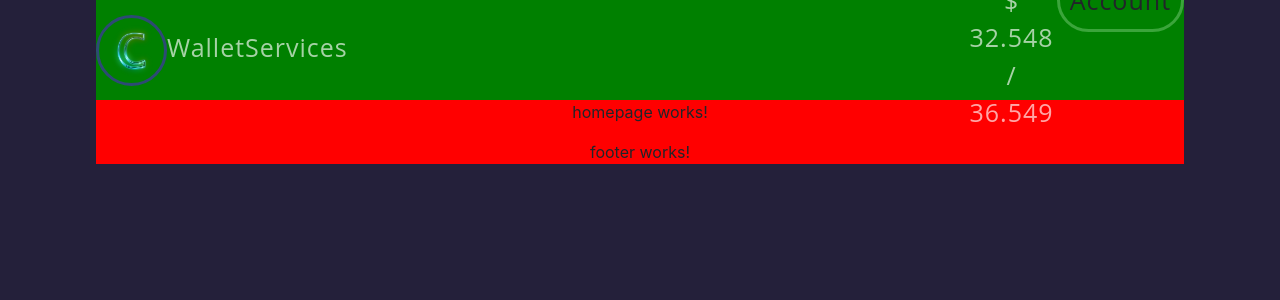
Repository: YuriyBen/Corzbank
Page: / (app in Corzbank.Web/ClientApp/)
An editor plug-in stored every save of this project. The page is shown before and after the next save, followed by the edit.
The browser window is 1280 px wide. The pictures show the whole page.
The project was rebuilt for these pictures with package versions that can differ from the ones it lists, and the page was loaded fresh each time. Also part of the build but not shown: Corzbank.Web/ClientApp/angular.json.

Above is the page before, as saved 2022-05-19 19:56:14.

After the next save:
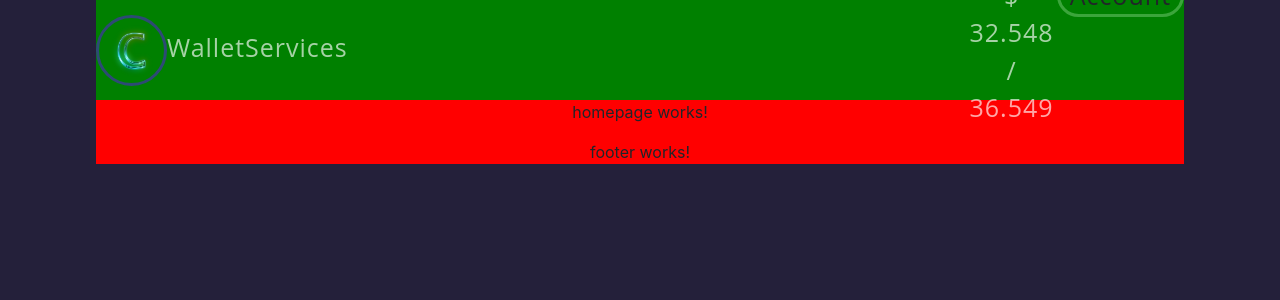
Saved 24 s later.
--- a/Corzbank.Web/ClientApp/src/app/header/header.component.scss
+++ b/Corzbank.Web/ClientApp/src/app/header/header.component.scss
@@ -37,5 +37,6 @@
     border: 3px solid #3ba53b;
 }
 .account p{
-    padding: 10px;
+    padding: 0 10px;
+
 }
